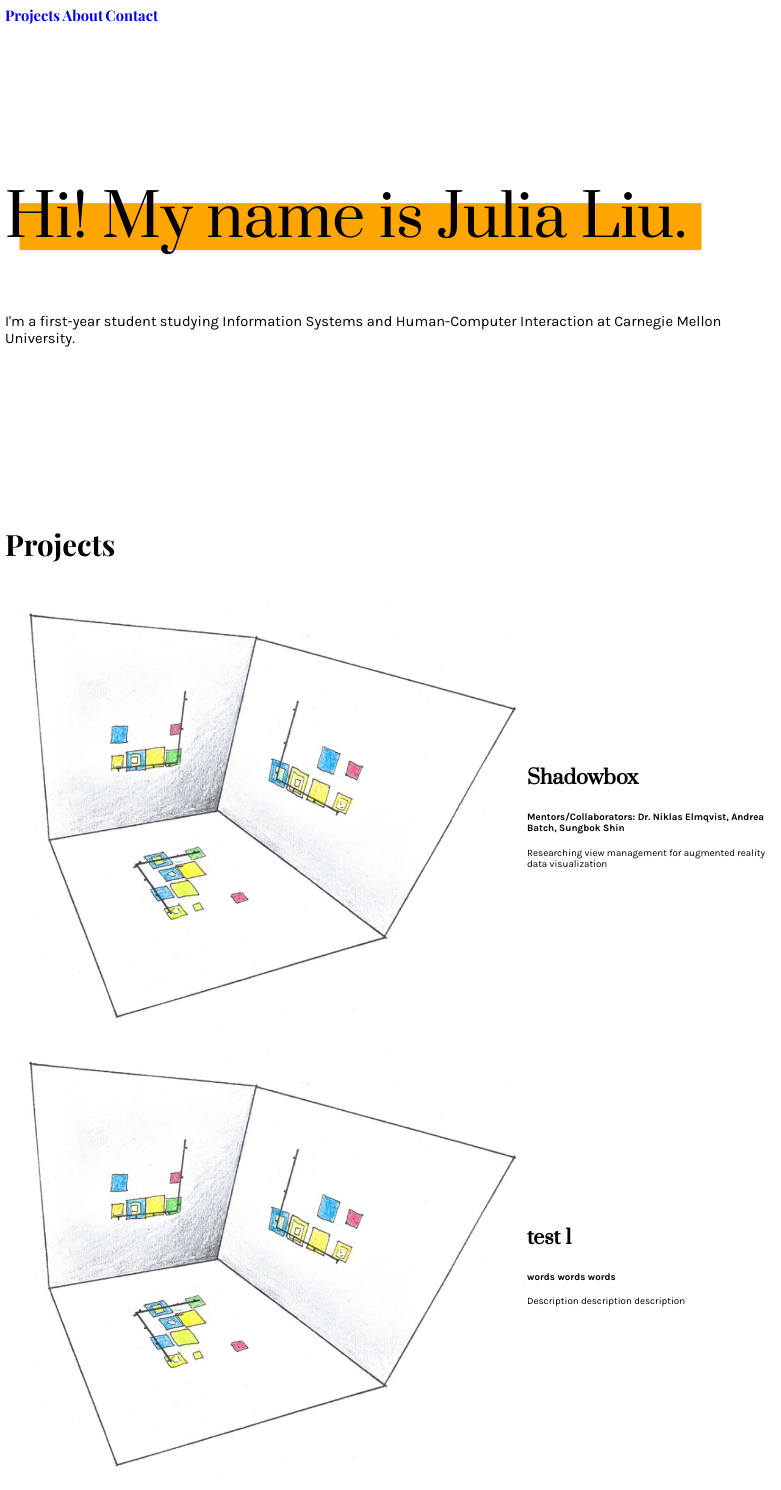
Repository: liu-julia/liu-julia.github.io
Page: index.html
An editor plug-in stored every save of this project. The page is shown before and after a run of saves, followed by the edit.
The browser window is 1280 px wide. The pictures show the whole page, at 61% of full size.

Above is the page before, as saved 2022-04-26 19:03:05.

### index.html
<!DOCTYPE html>
<html lang="en">
<head>
    <meta charset="UTF-8">
    <meta http-equiv="X-UA-Compatible" content="IE=edge">
    <meta name="viewport" content="width=device-width, initial-scale=1.0">
    <link rel="preconnect" href="https://fonts.googleapis.com">
    <link rel="preconnect" href="https://fonts.gstatic.com" crossorigin>
    <link href="https://fonts.googleapis.com/css2?family=Karla:wght@300;400;700&family=Open+Sans:wght@300;400;700&family=Playfair+Display:wght@400;700&family=Prata&display=swap" rel="stylesheet">
    <link rel="stylesheet" href="css/styles.css">
    <link rel="icon" href="images/jllogo.png">
    <title>Julia Liu</title>
</head>
<body>
    <header>
        <a href="index.html">Projects</a>
        <a href="about.html">About</a>
        <a href="contact.html">Contact</a>
    </header>
    <div id="content">
        <br>
        <br>
        <br>
        <br>
        <br>
        <br>
        <br>
        <br>
        <br>
        <br>
        <h1 class="highlighted">Hi! My name is Julia Liu.</h1>
        <p id="head_desc">I'm a first-year student studying Information Systems and Human-Computer Interaction at Carnegie Mellon University.</p>
        <br>
        <br>
        <br>
        <br>
        <br>
        <br>
        <br>
        <br>
        <br>
        <br>
        <br>
        <br>
        <h2>Projects</h2>
        <div class="project">
            <img src="images/shadowbox.jpg" alt="Shadowbox">
            <div class="project-text">
                <h3>Shadowbox</h3>
                <h4>Mentors/Collaborators: Dr. Niklas Elmqvist, Andrea Batch, Sungbok Shin</h4>
                <p>Researching view management for augmented reality data visualization</p>
            </div>
        </div>
        <div class="project">
            <img src="images/shadowbox.jpg" alt="Shadowbox">
            <div class="project-text">
                <h3>test 1</h3>
                <h4>words words words</h4>
                <p>Description description description</p>
            </div>
        </div>
    </div>
</body>
</html>

### css/styles.css
:root {
    font-family: 'Karla', sans-serif;
}
h1 {
    font-family: 'Prata', serif;
    font-weight: 400;
    font-size: 6em;
}
h1{
    position: relative;
    display:inline-block;
    text-align: center;
}
.highlighted::before {
    content: "";
    position: absolute;
    width: 100%;
    background: orange;
    left: .25em;
    bottom: .15em;
    height: .8em;
    z-index: -1;
}
h2 {
    font-family: 'Playfair Display', serif;
    font-size: 3em;
}
h3 {
    font-family: 'Prata', serif;
    font-size: 2em;
}
a {
    font-family: 'Playfair Display', serif;
    font-size: 1.5em;
    font-weight: 700;
    text-decoration: none;
}
#head_desc {
    font-size: 1.5em;
    font-weight: 400;
}
.project {
    display: flex;
    align-items: center;
}

After the next 2 saves:
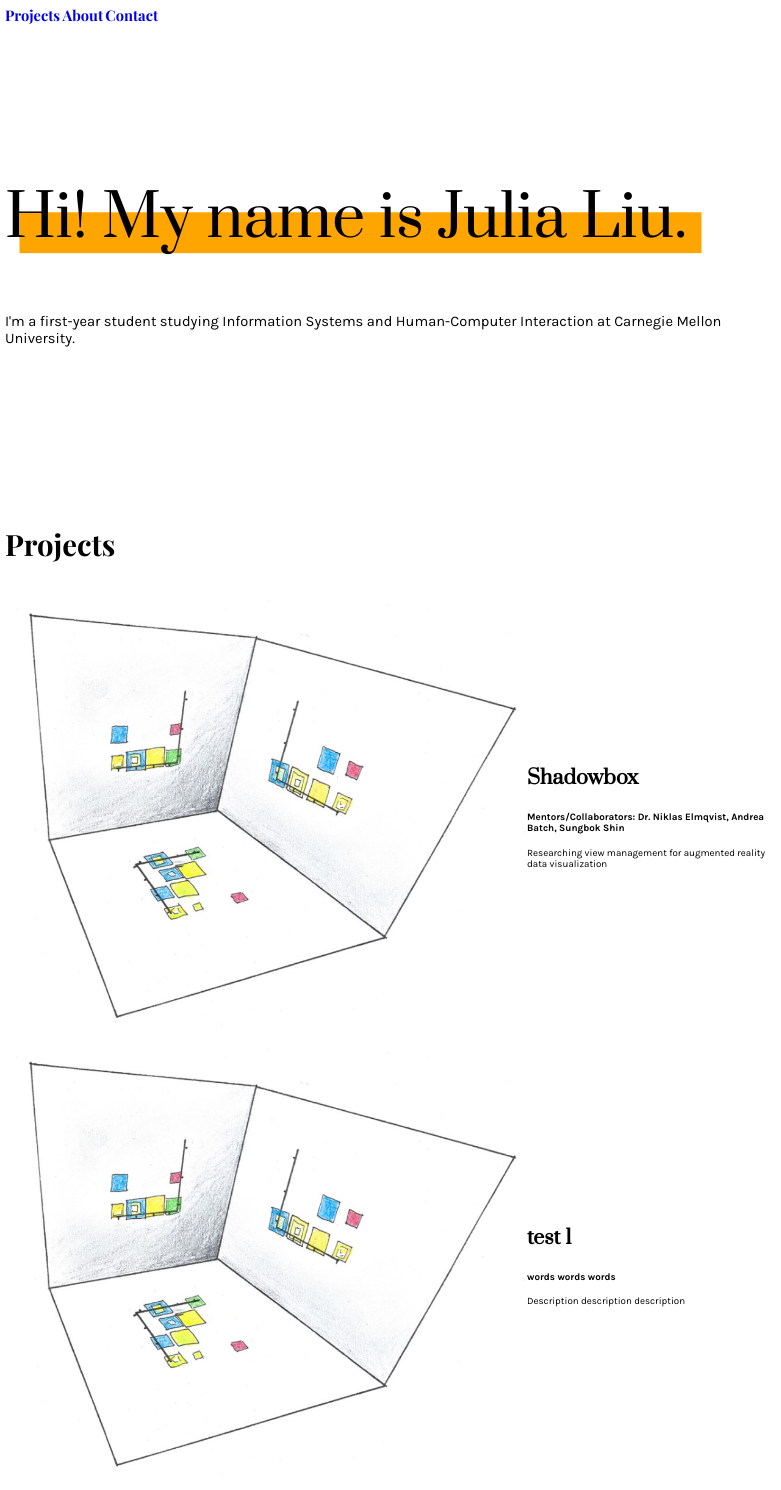
The 2 saves are shown as one change because they came seconds apart.
The last was saved 19 s later.
--- a/css/styles.css
+++ b/css/styles.css
@@ -17,8 +17,8 @@ h1{
     width: 100%;
     background: orange;
     left: .25em;
-    bottom: .15em;
-    height: .8em;
+    bottom: .1em;
+    height: .7em;
     z-index: -1;
 }
 h2 {
